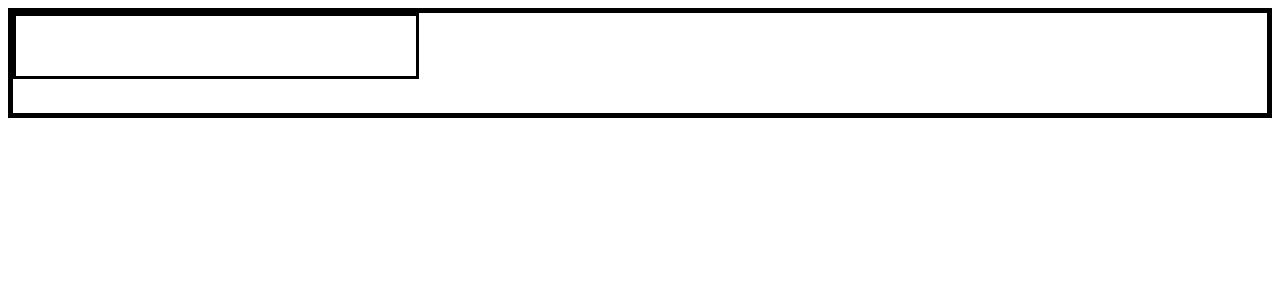
Repository: cartervandekamp/htmlstructure.mdia2003
Page: htmlstructure-psd/index.html
The author's editor kept a copy of each file at every save. The page is drawn from the files as they stood at one save, then again after the next save.
The browser window is 1280 px wide. The pictures show the whole page.

Above is the page before, as saved 2023-01-16 17:56:06.

After the next save:
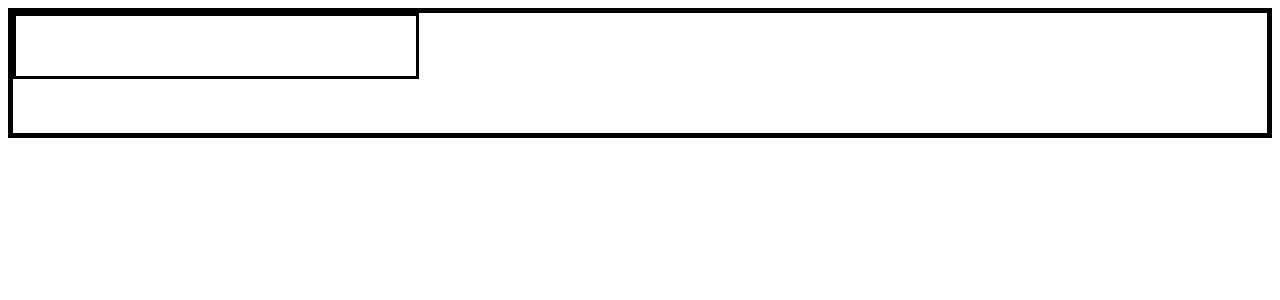
Saved 14 s later.
--- a/htmlstructure-psd/style.css
+++ b/htmlstructure-psd/style.css
@@ -5,7 +5,7 @@ body {
 }
 
 .toprow {
-    height: 100px;
+    height: 120px;
     border-style: solid;
     border-color: black;
 }
